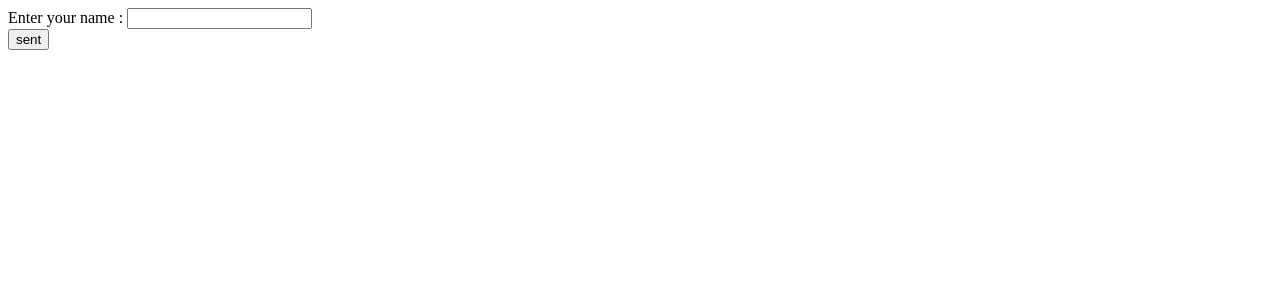
Repository: jaseem1999/JAVA
Page: server/smpleserver/src/main/webapp/index.html
An editor plug-in stored every save of this project. The page is shown before and after the next save, followed by the edit.
The browser window is 1280 px wide. The pictures show the whole page.

Above is the page before, as saved 2022-11-20 14:50:53.

### server/smpleserver/src/main/webapp/index.html
<!DOCTYPE html>
<html>
<head>
<meta charset="ISO-8859-1">
<title>Insert title here</title>
</head>
<body>
<form action="login" method="post">
<label>Enter your name : </label><input type="text" name="name"><br/>
<input type="submit" value="sent">
</form>
</body>
</html>

After the next save:
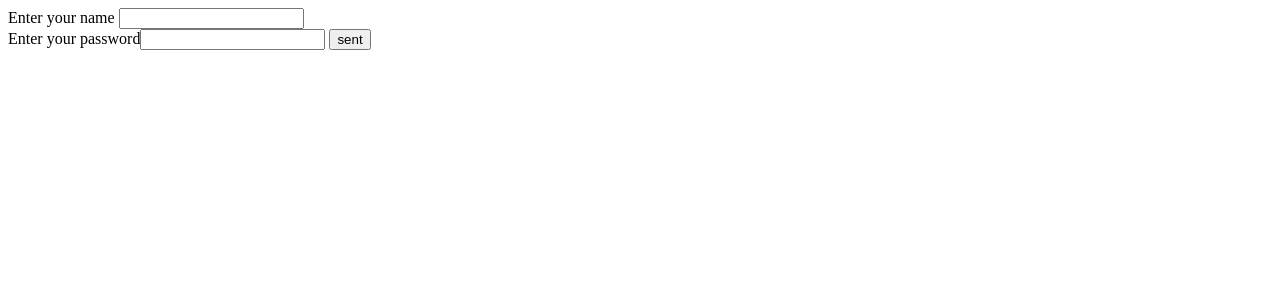
Saved 14 min 15 s later.
--- a/server/smpleserver/src/main/webapp/index.html
+++ b/server/smpleserver/src/main/webapp/index.html
@@ -6,7 +6,8 @@
 </head>
 <body>
 <form action="login" method="post">
-<label>Enter your name : </label><input type="text" name="name"><br/>
+<label>Enter your name </label><input type="text" name="name"><br/>
+<label>Enter your password</label><input type="password" name="pass">
 <input type="submit" value="sent">
 </form>
 </body>
